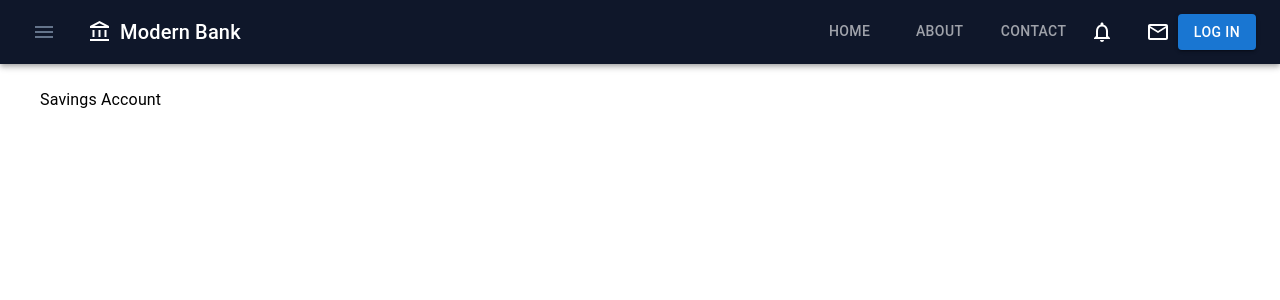
Repository: MohammadMazloum123/Moder-Bank-Full-Stack-Project
Page: /savings-account (app in Desktop/front-modernbank/front-modernbank/)
The author's editor kept a copy of each file at every save. The page is drawn from the files as they stood at one save, then again after the next save.
The browser window is 1280 px wide. The pictures show the whole page.
The project was rebuilt for these pictures with package versions that can differ from the ones it lists, and the page was loaded fresh each time. Also part of the build but not shown: Desktop/front-modernbank/front-modernbank/src/components/HomePage.jsx, Desktop/front-modernbank/front-modernbank/src/transactions/NewTransaction.tsx, Desktop/front-modernbank/front-modernbank/src/transactions/TransactionsHistory.tsx.

Above is the page before, as saved 2024-11-18 16:55:33.

After the next save:
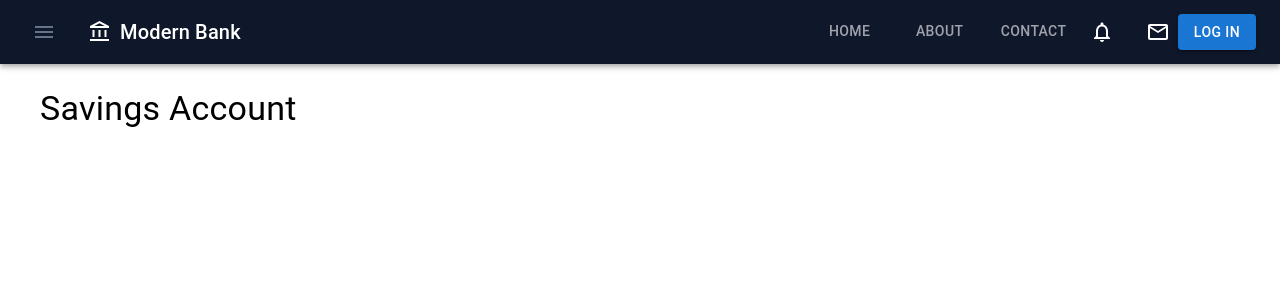
Saved 11 s later.
--- a/Desktop/front-modernbank/front-modernbank/src/savings/SavingsAccount.tsx
+++ b/Desktop/front-modernbank/front-modernbank/src/savings/SavingsAccount.tsx
@@ -52,7 +52,7 @@ const SavingsAccount = () => {
     };
 return (
     <Box sx={{maxWidth:1200, mx:'auto', p:3}}>
-        <Typography>
+        <Typography component="h1" variant='h4' >
             Savings Account
         </Typography>
     </Box>
